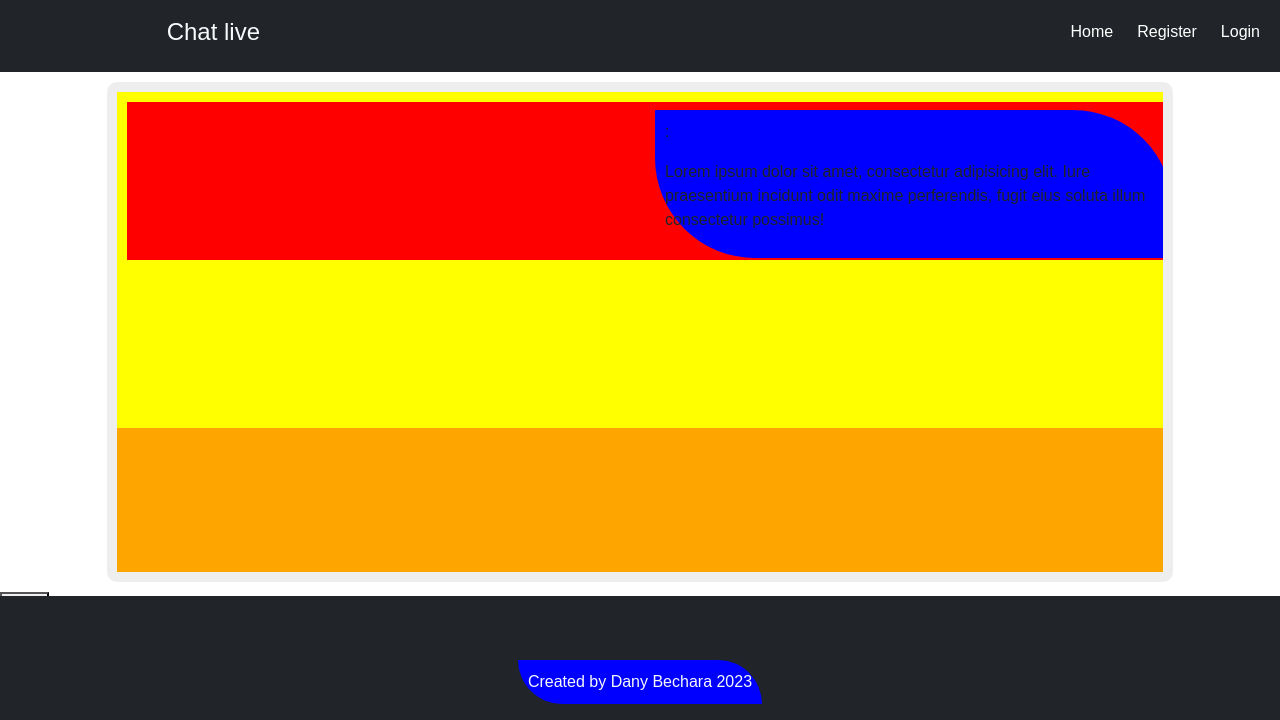
Repository: bechara611/chatv2
Page: /chat
An editor plug-in stored every save of this project. The page is shown before and after the next save, followed by the edit.
The browser window is 1280 px wide. The pictures show the whole page.
The page's requests for data from a server got no answer. The project was rebuilt for these pictures with package versions that can differ from the ones it lists, and the page was loaded fresh each time. Some packages were replaced by stand-ins written for this rebuild. No one was signed in, and anything a server would have sent is missing. Also part of the build but not shown: src/hooks/useForm.jsx, src/api/Instance.jsx, src/auth/hooks/useAuth.jsx, src/auth/components/login.jsx, src/auth/components/register.jsx, src/ui/components/Home.jsx, src/App.css.

Above is the page before, as saved 2023-03-15 17:14:13.

### src/index.js
import React from 'react';
import ReactDOM from 'react-dom/client';
import './index.css';
import { App2 } from './App';
import { BrowserRouter } from 'react-router-dom';
import 'bootstrap/dist/css/bootstrap.min.css'
import 'bootstrap/dist/js/bootstrap.bundle.js'
import 'animate.css'
import { Provider } from 'react-redux';
import { store } from './store/Store';
const root = ReactDOM.createRoot(document.getElementById('root'));
root.render(
  <Provider store={store}>
    <BrowserRouter>
      <App2 />
    </BrowserRouter>
  </Provider>
);

### src/index.css
*{
  font-family: 'Poppins',sans-serif;
}

### src/App.js
import React from 'react'
import { Rutas } from './Router/Routes';
import { Header } from './ui/components/Header';
import './App.css'
import { Footer } from './ui/components/Footer';
import { Caparazon } from './ui/components/Caparazon';
import { ContenedorPrincipal } from './ui/components/ContenedorPrincipal';

export const App2 = () => {
  return (
    <>
      <Caparazon>
        <Header></Header>
        <ContenedorPrincipal> {/*El contenedor principal a su vez lleva sus hijos dos elementos, el footer que le pusimos absolute para ubicarlo de ultimo y el MainCuerpo que tienes las rutas */}
          <Rutas></Rutas>{/*Este MainCuerpo tiene las rutas de la aplicacion, es el main de la pagina y lo que va a cambiar dependiendo donde estemos */}
          <div className='mb-5 pb-5'></div>

          <Footer></Footer>  {/*Este es el footer que utilizamos para el pie de pagina, tiene posicion absolute como dije anteriormnete */}
        </ContenedorPrincipal>


      </Caparazon>
    </>
  )
}

### src/store/Store.js
import { configureStore } from "@reduxjs/toolkit";
import { AuthSlice } from "../auth/slices/authSlice";
import chatSlice from "../chat/slices/chatSlice";


export const store = configureStore({
    reducer:{
        auth:AuthSlice.reducer,
        chatSlice:chatSlice.reducer
    },
    middleware:(middleware)=>{
        return middleware({
            serializableCheck:false,
        })
    }

})

### src/Router/Routes.jsx
import React from 'react'
import { Navigate, Route, Routes } from 'react-router-dom'
import { Login } from '../auth/components/login'
import { Register } from '../auth/components/register'
import { Chat } from '../chat/components/Chat'
import { Home } from '../ui/components/Home'

export const Rutas = () => {

    return (

        <Routes>
            <Route path='/' element={<Home></Home>}></Route>
            <Route path='/login' element={<Login></Login>}></Route>
            <Route path='/register' element={<Register></Register>}></Route>
            <Route path='/chat' element={<Chat></Chat>}></Route>
            <Route path='/*' element={<Navigate to={'/'}></Navigate>}></Route>
        </Routes>

    )
}

### src/ui/components/Header.jsx
import React, { useEffect } from 'react'
import { useDispatch, useSelector } from 'react-redux';
import { NavLink, useNavigate } from 'react-router-dom'
import { logout } from '../../auth/slices/authSlice';
import './Header.css'
export const Header = () => {
  const navegar= useNavigate()
  const authState = useSelector((state)=>state.auth);
  const dispatch = useDispatch();
  useEffect(() => {


    return () => {

    }
  }, [])

  return (
    <>

      <div className=" bg-dark contenedor-header col-12">
        <div className="titulo-header col-sm-4 col-12">
          <h4 className='text-light'>Chat live</h4>

        </div>
        <div className="col-sm-8 col-12  contenedor-menu">
          <nav className=' m-2 nav'>

            <NavLink className={ ({isActive}) => `item-menu  ${ isActive ? 'activeLink':'' }` } to={'/'} >Home</NavLink>
            {
              authState.token && authState.name && authState.email ?
              <NavLink className={ ({isActive}) => `item-menu  ${ isActive ? 'activeLink':'' }` } to={'/chat'} >Chat</NavLink>
              :<></>
            }

            <NavLink className={ ({isActive}) => `item-menu  ${ isActive ? 'activeLink':'' }` } to={'/register'} >Register</NavLink>
            {authState.token && authState.name && authState.email ?
              <NavLink className={ ({isActive}) => `item-menu  }` } to={'/login'} onClick={()=>{
                localStorage.removeItem('email')
                localStorage.removeItem('token')
                localStorage.removeItem('name')

                navegar('/login')
                dispatch(logout())
              }} >Logout</NavLink>
              :
              <NavLink className={ ({isActive}) => `item-menu  ${ isActive ? 'activeLink':'' }` } to={'/login'} >Login</NavLink>
            }

            </nav>
        </div>




      </div>
    </>

  )
}

### src/ui/components/Footer.jsx
import React from 'react'
import './Footer.css'


let linkdn="https://linkedin.com/in/DanyBechara";
let correo="mailto:bechara611@gmail.com";
let blank='_blank';
let github='https://github.com/bechara611';
let whatssap='https://wa.me/584120361952';

export const Footer = () => {
  return (
    <>

      {/*Aca este footer le estamos colocando una posicion absolute y a su padre relativa para poder ubicarlo al final de su div padre */}
      <div className="footer  col-12  mt-2 bg-dark">
      <a href={linkdn} target={blank} className='animate__animated animate__lightSpeedInLeft'><i className=" linkdin fa-brands fa-linkedin iconoRedes"></i></a>
      <a href={whatssap} target={blank}  className='animate__animated animate__lightSpeedInLeft'><i className="whatssap fa-brands fa-whatsapp iconoRedes"></i></a>
      <a href={correo} target={blank}  className='animate__animated animate__lightSpeedInLeft'><i className="gmail fa-solid  fa-envelope iconoRedes"></i></a>
      <a href={github} target={blank}  className='  animate__animated animate__lightSpeedInLeft'><i className=" github fa-brands fa-github iconoRedes"></i></a>

     <div className="col-12 contenedor-mensaje-footer mt-1">
     <div className="col-12 contenedor-mensaje-footer">
     <p className='mensaje text-light'>Created by Dany Bechara {new Date().getFullYear().toString()}</p>
     </div>

     </div>
      </div>
    </>

  )
}

### src/ui/components/Caparazon.jsx
import React from 'react'
import './Caparazon.css'
export const Caparazon = ({ children }) => {
    return (
        <>
{/*Caparazon princiapal donde el mismo tiene un flex en colum, adentro tiene sus hijos que son un div que
ocupe el 70vh donde eesta todo lo demas y el 30vh primero es del header */}
            <div className='caparazonPrincipal '>

                {children}

            </div>
        </>
    )
}

### src/ui/components/ContenedorPrincipal.jsx
import React from 'react'
import './ContenedorPrincipal.css'
export const ContenedorPrincipal = ({ children }) => {
  return (
    <div className='ContenedorPrincipal'>
    {/*Aca de hijos tendran las rutas para verse en el medio y el footer, este tiene un position relative para que su hijo footer pueda
  ubicarse en la parte de abajo */}
      {children}
    </div>
  )
}

### src/auth/slices/authSlice.js
import { createSlice } from "@reduxjs/toolkit";


export const AuthSlice = createSlice({
    name: 'auth',
    initialState: {
        name: localStorage.getItem('name') || null,
        email: localStorage.getItem('email') || null,
        token: localStorage.getItem('token') || null
    },
    reducers: {
        login: (state, { payload }) => {
            state.name=payload.name;
            state.email=payload.email;
            state.token=payload.token

        },
        logout:(state,{payload})=>{
            state.name=null;
            state.email=null;
            state.token=null;
        },
    }
})

export const {mostrar,logout,login} = AuthSlice.actions;

### src/chat/slices/chatSlice.js
import { createSlice } from "@reduxjs/toolkit";

const initialState={
    mensajes:[{name:'',mensaje:'',fecha:'',email:''}],
    conectados:[],
}

const chatSlice = createSlice({
    name:'chatSlice',
    initialState,
    reducers:{
        pushConectadosSlice :(state,{payload})=>{
            state.conectados=payload
        },
        pushMensajesSlice:(state,{payload})=>{
            state.mensajes=payload
        },
    }
})

export default chatSlice
export const {pushConectadosSlice,pushMensajesSlice} = chatSlice.actions

### src/chat/components/Chat.jsx

import { io } from "socket.io-client";
import React, { useEffect, useRef, useState } from 'react'
import './chat.css'
import { getUnixTime } from "date-fns";
import { useDispatch, useSelector } from "react-redux";
import { pushConectadosSlice, pushMensajesSlice } from "../slices/chatSlice";
import { Mensaje } from "./Mensaje";

const socket = io(process.env.REACT_APP_BACKEND, { //ruta del backend
    'extraHeaders': {
        'token': localStorage.getItem('token'),
        'email': localStorage.getItem('email'),
        'nombre': localStorage.getItem('name'),
    }
})
export const Chat = () => {


    const mensajesEstado = useSelector(state => state.chatSlice)
    const dispatch = useDispatch();

    useEffect(() => {

        socket.on('connect', () => { })
        socket.on('NuevoIntegrante', (payload) => {
            //TODO aca debes colocarle al slice y al estado los nuevos integrantes
            dispatch(pushConectadosSlice(payload))
            console.log(payload)
        })
        //?recibir mensajes
        socket.on('recibirTodosMensajes', (payload) => {
            //TODO colocar en el slice los mensajes
            dispatch(pushMensajesSlice(payload))
            console.log(payload)
        })
    }, [])





    //?metodo para enviar mensajes

    const EnviarMensajes = () => {
        let mensaje = {
            name: localStorage.getItem('name'),
            mensaje: 'Mensaje nuevo ',//TODO ponle el estado de mensaje
            fecha: getUnixTime(new Date()),
            email: localStorage.getItem('email')
        }
        socket.emit('recibiMensaje', mensaje)

    }



    //TODO FIN SOCKET

    const referenciaDiv = useRef();
    const referenciaDiv2 = useRef();
    useEffect(() => {

        referenciaDiv2.current.scrollTop = referenciaDiv2.current.scrollHeight;
    }, [])
    useEffect(() => {


        referenciaDiv2.current.scrollTop = referenciaDiv2.current.scrollHeight;
    }, [mensajesEstado])

    return (
        <>
            <div className="col-12 chat2 " ref={referenciaDiv}>
                <div className="col-10 hijoChat">
                    <div className="col-12 parteMensajes" ref={referenciaDiv2} >
                        {
                            mensajesEstado.mensajes.map((mensaje, index) => {
                                return <Mensaje mensaje={mensaje}></Mensaje>
                            })
                        }
                    </div>
                    <div className="col-12 parteInputs">

                    </div>
                </div>
            </div>

            <button onClick={() => { EnviarMensajes() }}>Enviar</button>
        </>

    )
}

### src/ui/components/Header.css
.contenedor-header{
    display: flex;
    flex-direction: row;
    flex-wrap: wrap;
    min-height: 10vh;
}
.titulo-header{
    text-align: center;
    padding: 5px;
    display: flex;
    flex-direction: row;
    justify-content: center;
    align-items: center;
    align-self: center;
}
.contenedor-menu{
    display: flex;
    flex-direction: row;
    flex-wrap: nowrap;
    justify-content: flex-end;

}
.item-menu{
   margin: 5px;
   text-decoration: none;
   color: white;
  transition: all 1s ease;
   padding: 7px;
   border-radius: 20px;
}
.activeLink{
    background: rgb(40, 139, 196);
}
.item-menu:hover{
    text-decoration: none;
    background: rgb(40, 139, 196);
    color: white;
}

@media(max-width:577px){
.contenedor-menu{
        justify-content: center;
        text-align: center;
        align-self: center;
        align-items: center;
        flex-wrap: nowrap;
    }
    .nav{
        justify-content: center;
        text-align: center;
        align-self: center;
        align-items: center;
        flex-wrap: nowrap;
    }
    .item-menu{
    padding: 0px;
    }
}

### src/ui/components/Footer.css


.footer {

    background: rgb(209, 102, 102,.1);
    position: absolute;
    bottom: 0%;
    display: flex;
    flex-direction: row;
    justify-content: center;
    text-align: center;
    align-items: center;
    justify-items: center;
    flex-wrap: wrap;

}


.iconoRedes {
    font-size: 40px;
    padding-left: 10px;
    margin: 5px;

}

.github:hover {
    color: #4b3074;

}
.github{
    color: #6e5494;
}

.whatssap:hover {
    color: #0c903c;
}
.whatssap{
    color: #25d366;

}

.gmail:hover {
    color: #e65f5f;
}

.gmail{
    color: #cc0000;
}

.linkdin:hover {
    color: #0780ac;
}

.linkdin{
    color: #0377a1;
}

.contenedor-mensaje-footer {
    display: flex;
    flex-direction: row;
    justify-content: center;
    text-align: center;
    align-items: center;
    justify-items: center;
}

/*?RESPONSIVE*/

@media(max-width:255px) {
    .iconoRedes {
        font-size: 30px;
        padding-left: 5px;
    }

    .mensaje {
        font-size: 10px;
    }
}

### src/ui/components/Caparazon.css
/*Estilos del caparazon como tal principal*/
    /*Aca colocamos que el caparazonPrincipal ocupa toda la pantalla, y una direccion en column para que el header sea de 30vh y el resto el otro div  */
.caparazonPrincipal{
    display: flex;
    flex-direction: column;
    justify-content: space-between;
    min-height: 100vh;
  overflow-x: hidden;
  overflow-y: visible;
}

### src/ui/components/ContenedorPrincipal.css
/*Aca al contenedor ponemos positionRelative para que el footer pueda tener una posicion absoluta y se pueda posicionar al final*/
.ContenedorPrincipal{
    min-height: 90vh;

    position: relative;
}

### src/auth/components/login.css
*,
*:before,
*:after{
    padding: 0;
    margin: 0;
    box-sizing: border-box;
}

.social{
  display: flex;
  flex-direction: row;
  justify-content: center;
}
.contenedor-loginRegistro{

  margin-top: 5px;
  display: flex;
  flex-direction: row;
  justify-content: center;
  align-items: center;
}

  .formularioLoginRegister{

    background-color: rgb(29, 29, 29,.6);
    top: 50%;
    left: 50%;
    border-radius: 10px;
    backdrop-filter: blur(10px);
    border: 2px solid rgba(255,255,255,0.1);
    box-shadow: 0 0 10px rgba(142, 201, 228, 1);
    padding: 10px 15px;
}
.formularioLoginRegister *{

    color: #ffffff;
    letter-spacing: 0.5px;
    outline: none;
    border: none;
}
.formularioLoginRegister h3{
    font-size: 32px;
    font-weight: 500;
    line-height: 42px;
    text-align: center;
}

.labelLoginRegister{
    display: block;
    margin-top: 30px;
    font-size: 16px;
    font-weight: 500;
}
.inputLoginRegister{
    display: block;
    height: 45px;
    width: 100%;
    background-color: rgba(255,255,255,0.07);
    border-radius: 3px;
    padding: 0 5px;
    margin-top: 8px;
    font-size: 14px;
    font-weight: 300;

}
::placeholder{
    color: #e5e5e5;
}
.btnLoginRegister{
    margin-top: 50px;
    width: 100%;
    background-color: #ffffff;
    color: #080710;
    padding: 5px 0;
    font-size: 18px;
    font-weight: 600;
    border-radius: 5px;
    cursor: pointer;

}
.btnLoginRegister:hover{
  background: #94b1dd;;
}
.social{
  margin-top: 30px;
  display: flex;
  cursor: pointer;
}
.social div{
  background: red;
  width: 150px;
  border-radius: 3px;
  padding: 5px 10px 10px 5px;
  background-color: rgba(55, 135, 184, 0.67);
  color: #eaf0fb;
  text-align: center;
  cursor: pointer;
}
.social div:hover{
  background-color: rgba(255,255,255,0.47);
}
.social .fb{
  margin-left: 25px;
}
.social i{
  margin-right: 4px;
}

### src/chat/components/chat.css
.chat {
    background: red;
    width: 100vw;
    height: 300px;
    overflow: scroll;
    margin-top: 1000px;
}

.chat2 {

    width: 100vw;
    height: 500px;
    overflow: auto;
    margin-top: 10px;
    margin-bottom: 10px;
    justify-content: center;
    display: flex;
}

.hijoChat {
border: 10px solid rgb(173, 171, 171,.2);
border-radius: 10px;
    height: 500px;
    display: flex;
    flex-wrap: wrap;

}

.parteMensajes{
background: yellow;
height: 70%;
overflow: auto;

}
.parteInputs{
    height: 30%;
background: orange;
}

### src/chat/components/Mensaje.jsx
import React from 'react'
import './Mensaje.css'
export const Mensaje = ({ mensaje, background }) => {
    return (
        <>
            <div className="col-12 contenedorMensajeInidividual" style={{ justifyContent: mensaje.email === localStorage.getItem('email') ? 'flex-start' : 'flex-end' }} >
                <div className="mensaje col-6">
                    <div className="col-12">

                        <p>{mensaje.name}:</p>
                        <p>{mensaje.mensaje} Lorem ipsum dolor sit amet, consectetur adipisicing elit. Iure praesentium incidunt odit maxime perferendis, fugit eius soluta illum consectetur possimus!</p>
                    </div>
                </div>
            </div>

        </>
    )
}

### src/chat/components/Mensaje.css
.contenedorMensajeInidividual{
    display: flex;
    background: red;
    justify-content: flex-start;
    flex-direction: row;
    padding-left: 10px;
    padding-top: 8px;
    padding-bottom: 2px;
    margin: 10px;
}
.mensaje{
    background: blue;

    padding: 10px;

    border-top-right-radius: 100px;
    border-bottom-left-radius: 100px;
    align-self: flex-end;
    align-items: flex-end;

}

After the next save:
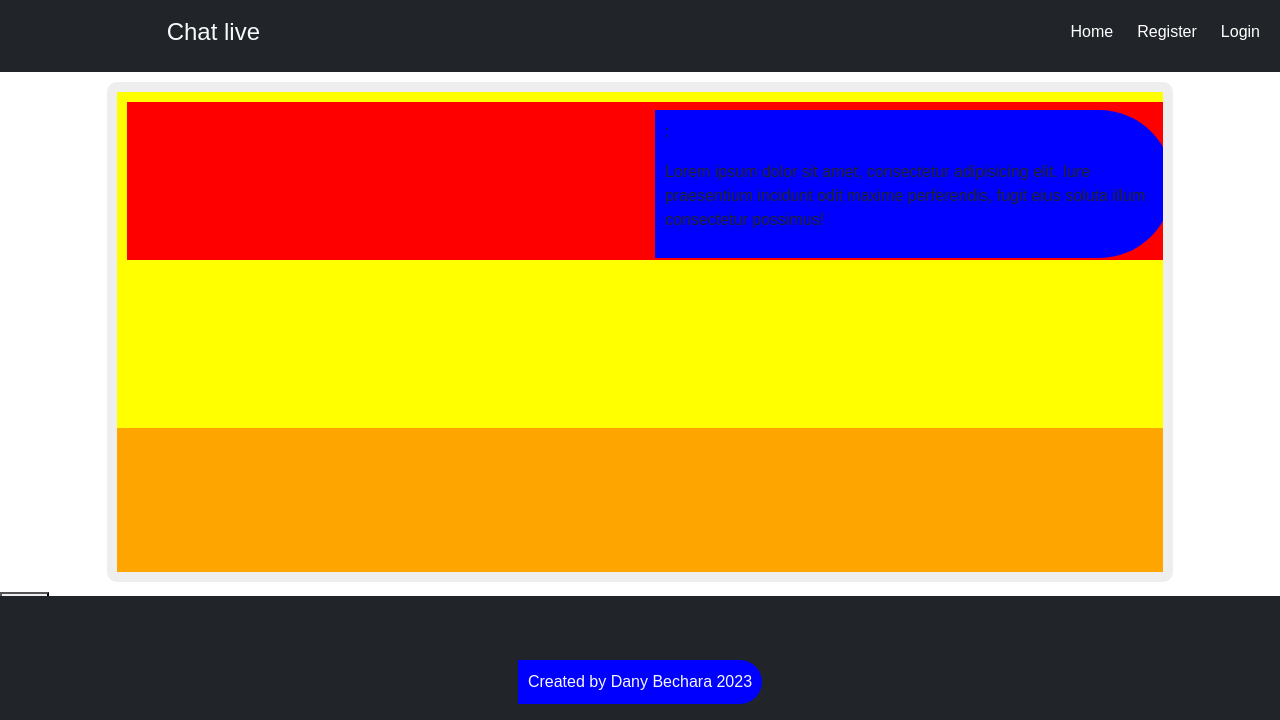
Saved 4 s later.
--- a/src/chat/components/Mensaje.css
+++ b/src/chat/components/Mensaje.css
@@ -12,9 +12,9 @@
     background: blue;
 
     padding: 10px;
+    border-bottom-right-radius: 100px;
+    border-top-right-radius: 100px;
 
-    border-top-right-radius: 100px;
-    border-bottom-left-radius: 100px;
     align-self: flex-end;
     align-items: flex-end;
 
